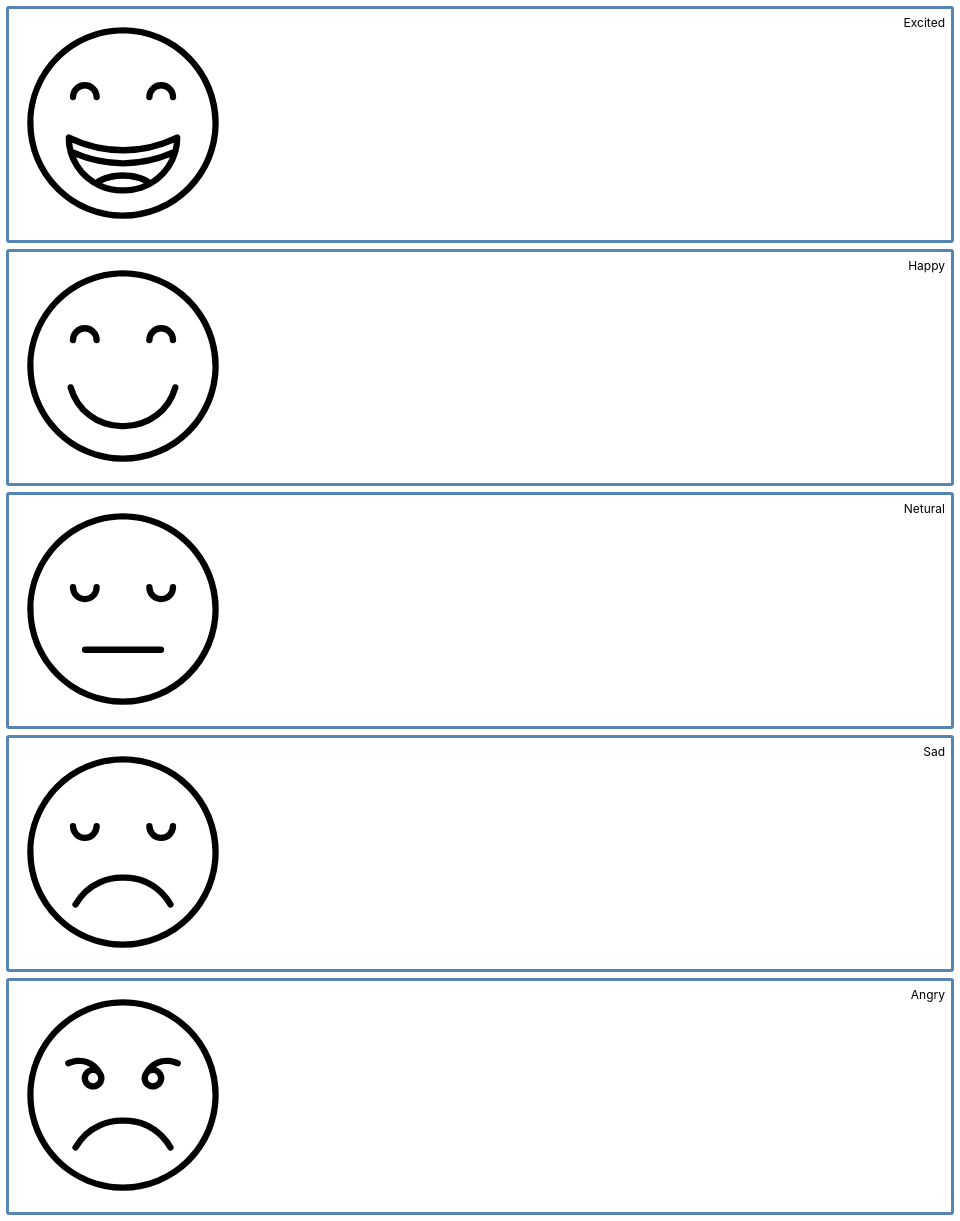
Repository: majakesin/moodify-app
Page: /
These files come from the project's save history. The page is drawn as it stood at one moment and after the next save; the edit follows.
The browser window is 1280 px wide. The pictures show the whole page, at 75% of full size.
The project was rebuilt for these pictures with package versions that can differ from the ones it lists, and the page was loaded fresh each time.

Above is the page before, as saved 2023-08-21 11:45:43.

### public/index.html
<!DOCTYPE html>
<html lang="en">
  <head>
    <meta charset="utf-8" />
    <link rel="icon" href="%PUBLIC_URL%/logo.svg" />
    <meta name="viewport" content="width=device-width, initial-scale=1" />
    <meta name="theme-color" content="#000000" />
    <meta
      name="description"
      content="Moodify -- App that gives yours ears the best music based on your mood"
    />
    <link rel="apple-touch-icon" href="%PUBLIC_URL%/logo.svg" />
    <!--
      manifest.json provides metadata used when your web app is installed on a
      user's mobile device or desktop. See https://developers.google.com/web/fundamentals/web-app-manifest/
    -->
    <link rel="manifest" href="%PUBLIC_URL%/manifest.json" />
    <!--
      Notice the use of %PUBLIC_URL% in the tags above.
      It will be replaced with the URL of the `public` folder during the build.
      Only files inside the `public` folder can be referenced from the HTML.

      Unlike "/favicon.ico" or "favicon.ico", "%PUBLIC_URL%/favicon.ico" will
      work correctly both with client-side routing and a non-root public URL.
      Learn how to configure a non-root public URL by running `npm run build`.
    -->
    <title>Moodify</title>
  </head>
  <body>
    <noscript>You need to enable JavaScript to run this app.</noscript>
    <div id="root"></div>
    <!--
      This HTML file is a template.
      If you open it directly in the browser, you will see an empty page.

      You can add webfonts, meta tags, or analytics to this file.
      The build step will place the bundled scripts into the <body> tag.

      To begin the development, run `npm start` or `yarn start`.
      To create a production bundle, use `npm run build` or `yarn build`.
    -->
  </body>
</html>

### src/App.js
import './App.css';
import {moods}  from 'src/data/moods'
import Mood from './components/Mood';

function App() {
  return (
    <div className="App">
      {moods.map(({type,icon}) => {
        return (<Mood type={type} icon={icon} />)
      })}
    </div>
  );
}

export default App;

### src/data/moods.js
export const moods = [
    {
        type: 'Excited',
        icon: <svg id="SvgjsSvg1081" width="288" height="288" xmlns="http://www.w3.org/2000/svg" version="1.1" xmlnsXlink="http://www.w3.org/1999/xlink" xmlnsSvgjs="http://svgjs.com/svgjs">
                <defs id="SvgjsDefs1082"></defs>
                <g id="SvgjsG1083">
                    <svg xmlns="http://www.w3.org/2000/svg" data-name="Layer 1" viewBox="0 0 512 512" width="288" height="288">
                        <path fill="currentcolor" d="M416.51318,95.48682A226.99992,226.99992,0,1,0,95.48682,416.51318,226.99992,226.99992,0,1,0,416.51318,95.48682ZM256,468C139.103,468,44,372.897,44,256S139.103,44,256,44s212,95.103,212,212S372.897,468,256,468ZM137.5,202a7.50006,7.50006,0,0,0,7.5-7.5,20.5,20.5,0,0,1,41,0,7.5,7.5,0,0,0,15,0,35.5,35.5,0,0,0-71,0A7.50006,7.50006,0,0,0,137.5,202Zm181,0a7.50006,7.50006,0,0,0,7.5-7.5,20.5,20.5,0,0,1,41,0,7.5,7.5,0,0,0,15,0,35.5,35.5,0,0,0-71,0A7.50006,7.50006,0,0,0,318.5,202Zm69.95947,82.13037a7.49875,7.49875,0,0,0-7.27832-.356A284.51645,284.51645,0,0,1,257.5,313h-1.48a284.55042,284.55042,0,0,1-125.2002-29.2251A7.4999,7.4999,0,0,0,120,290.5a132.31839,132.31839,0,0,0,79.15625,121.32324A131.47888,131.47888,0,0,0,252.5,423h7a132.5854,132.5854,0,0,0,127.794-97.37988A133.06894,133.06894,0,0,0,392,290.5,7.5003,7.5003,0,0,0,388.45947,284.13037ZM259.5,408h-7a116.58888,116.58888,0,0,1-46.02222-9.36157C219.72205,391.8783,237.33752,388,256.002,388c18.66236,0,36.27466,3.87708,49.51734,10.63538A116.56076,116.56076,0,0,1,259.5,408Zm83.08691-34.41309a117.56809,117.56809,0,0,1-21.38024,16.93219C305.07166,379.48517,281.17847,373,256.002,373c-25.18383,0-49.0852,6.48932-65.22168,17.52966a116.81051,116.81051,0,0,1-46.07495-53.13611,299.90773,299.90773,0,0,0,111.31323,21.61036c.5044,0,1.01612-.00147,1.52051-.00391A300.023,300.023,0,0,0,367.2478,337.40454,117.86031,117.86031,0,0,1,342.58691,373.58691ZM373.6593,318.347A284.8703,284.8703,0,0,1,257.46094,344c-.49219.00293-.97412.00391-1.46387.00391a284.90227,284.90227,0,0,1-117.65942-25.65967,117.74477,117.74477,0,0,1-2.72388-15.77832A299.64178,299.64178,0,0,0,256.02,328h1.519a299.80874,299.80874,0,0,0,118.84668-25.43555A117.6884,117.6884,0,0,1,373.6593,318.347Z" class="color2c2b2d svgShape"></path>
                    </svg>
                </g>
             </svg>
    },
    {
        type: 'Happy',
        icon: <svg id="SvgjsSvg1102" width="288" height="288" xmlns="http://www.w3.org/2000/svg" version="1.1" xmlnsXlink="http://www.w3.org/1999/xlink" xmlnsSvgjs="http://svgjs.com/svgjs">
                <defs id="SvgjsDefs1103"></defs>
                <g id="SvgjsG1104">
                    <svg xmlns="http://www.w3.org/2000/svg" data-name="Layer 1" viewBox="0 0 512 512" width="288" height="288">
                        <path fill="currentcolor" d="M382.042,299.40674a7.496,7.496,0,0,0-9.21582,5.251A117.42927,117.42927,0,0,1,259.5,391h-7a117.41578,117.41578,0,0,1-113.32715-86.33447,7.49971,7.49971,0,1,0-14.46484,3.96875A132.417,132.417,0,0,0,252.5,406h7a132.58733,132.58733,0,0,0,127.793-97.37744A7.4999,7.4999,0,0,0,382.042,299.40674ZM416.51367,95.48682A227.00026,227.00026,0,0,0,95.48633,416.51318,227.00026,227.00026,0,0,0,416.51367,95.48682ZM256,468C139.10254,468,44,372.897,44,256S139.10254,44,256,44s212,95.103,212,212S372.89746,468,256,468ZM137.5,202a7.49974,7.49974,0,0,0,7.5-7.5,20.5,20.5,0,0,1,41,0,7.5,7.5,0,0,0,15,0,35.5,35.5,0,0,0-71,0A7.49974,7.49974,0,0,0,137.5,202Zm181,0a7.49974,7.49974,0,0,0,7.5-7.5,20.5,20.5,0,0,1,41,0,7.5,7.5,0,0,0,15,0,35.5,35.5,0,0,0-71,0A7.49974,7.49974,0,0,0,318.5,202Z" class="color2c2b2d svgShape"></path>
                    </svg>
                </g>
            </svg> ,
    },
    {
        type: 'Netural',
        icon: <svg id="SvgjsSvg1123" width="288" height="288" xmlns="http://www.w3.org/2000/svg" version="1.1" xmlnsXlink="http://www.w3.org/1999/xlink" xmlnsSvgjs="http://svgjs.com/svgjs">
                <defs id="SvgjsDefs1124"></defs>
                <g id="SvgjsG1125">
                    <svg xmlns="http://www.w3.org/2000/svg" data-name="Layer 1" viewBox="0 0 512 512" width="288" height="288">
                        <path fill="currentcolor" d="M201,204.5a7.5,7.5,0,0,0-15,0,20.5,20.5,0,0,1-41,0,7.5,7.5,0,0,0-15,0,35.5,35.5,0,0,0,71,0ZM374.5,197a7.50006,7.50006,0,0,0-7.5,7.5,20.5,20.5,0,0,1-41,0,7.5,7.5,0,0,0-15,0,35.5,35.5,0,0,0,71,0A7.50006,7.50006,0,0,0,374.5,197ZM416.51318,95.48682A226.99992,226.99992,0,1,0,95.48682,416.51318,226.99992,226.99992,0,1,0,416.51318,95.48682ZM256,468C139.103,468,44,372.897,44,256S139.103,44,256,44s212,95.103,212,212S372.897,468,256,468Zm90-123H166a7.5,7.5,0,0,0,0,15H346a7.5,7.5,0,0,0,0-15Z" class="color2c2b2d svgShape"></path>
                    </svg>
                </g>
            </svg>,
    },
    {
        type: 'Sad',
        icon: <svg id="SvgjsSvg1193" width="288" height="288" xmlns="http://www.w3.org/2000/svg" version="1.1" xmlnsXlink="http://www.w3.org/1999/xlink" xmlnsSvgjs="http://svgjs.com/svgjs">
                <defs id="SvgjsDefs1194"></defs>
                <g id="SvgjsG1195">
                    <svg xmlns="http://www.w3.org/2000/svg" data-name="Layer 1" viewBox="0 0 512 512" width="288" height="288">
                         <path fill="currentcolor" d="M165.5,230A35.54028,35.54028,0,0,0,201,194.5a7.5,7.5,0,0,0-15,0,20.5,20.5,0,0,1-41,0,7.5,7.5,0,0,0-15,0A35.54028,35.54028,0,0,0,165.5,230Zm209-43a7.50006,7.50006,0,0,0-7.5,7.5,20.5,20.5,0,0,1-41,0,7.5,7.5,0,0,0-15,0,35.5,35.5,0,0,0,71,0A7.50006,7.50006,0,0,0,374.5,187ZM353.19336,347.94678A132.16887,132.16887,0,0,0,259.5,309.14014h-7a131.47793,131.47793,0,0,0-53.34082,11.17529,133.55143,133.55143,0,0,0-62.24854,56.51221,7.50013,7.50013,0,0,0,13.07911,7.34472,118.4576,118.4576,0,0,1,55.21435-50.1289A116.57358,116.57358,0,0,1,252.5,324.14014h7a117.16738,117.16738,0,0,1,83.08691,34.41308,117.92616,117.92616,0,0,1,19.42432,25.62061,7.5,7.5,0,0,0,13.07715-7.34766A132.92018,132.92018,0,0,0,353.19336,347.94678Zm63.31982-252.46A226.99992,226.99992,0,1,0,95.48682,416.51318,226.99992,226.99992,0,1,0,416.51318,95.48682ZM256,468C139.103,468,44,372.897,44,256S139.103,44,256,44s212,95.103,212,212S372.897,468,256,468Z" class="color2c2b2d svgShape"></path>
                    </svg>
                </g>
            </svg>,
    },
    {
        type: 'Angry',
        icon: <svg id="SvgjsSvg1217" width="288" height="288" xmlns="http://www.w3.org/2000/svg" version="1.1" xmlnsXlink="http://www.w3.org/1999/xlink" xmlnSvgjs="http://svgjs.com/svgjs">
                <defs id="SvgjsDefs1218"></defs>
                     <g id="SvgjsG1219">
                        <svg xmlns="http://www.w3.org/2000/svg" data-name="Layer 1" viewBox="0 0 512 512" width="288" height="288">
                            <path fill="currentcolor" d="M353.19336,347.94629A132.1737,132.1737,0,0,0,259.5,309.13965h-7a131.5101,131.5101,0,0,0-53.3418,11.17578,133.55212,133.55212,0,0,0-62.24707,56.51172,7.49995,7.49995,0,0,0,13.07813,7.3457A118.46814,118.46814,0,0,1,205.20313,334.043,116.60013,116.60013,0,0,1,252.5,324.13965h7a117.16506,117.16506,0,0,1,83.08691,34.41406,117.92838,117.92838,0,0,1,19.42481,25.62012,7.49957,7.49957,0,1,0,13.07617-7.34766A132.91978,132.91978,0,0,0,353.19336,347.94629ZM416.51367,95.48682A227.00044,227.00044,0,0,0,95.48633,416.51367,227.00044,227.00044,0,0,0,416.51367,95.48682ZM256,468C139.10254,468,44,372.89746,44,256,44,139.103,139.10254,44,256,44s212,95.103,212,212C468,372.89746,372.89746,468,256,468ZM175.12207,188.29736c.96533.53955,1.88086,1.10938,2.769,1.69336a27.02454,27.02454,0,1,0,28.58863,9.52246,62.7776,62.7776,0,0,0-24.04029-24.31005c-27.82519-15.55176-56.1748-2.73292-59.31445-1.21973a7.49994,7.49994,0,1,0,6.50977,13.51367C132.05762,186.33057,153.91113,176.44189,175.12207,188.29736ZM185.12012,204a12,12,0,1,1-12,12A12.01344,12.01344,0,0,1,185.12012,204ZM388.875,173.9834c-3.1416-1.51367-31.49121-14.33447-59.31348,1.21924a62.778,62.778,0,0,0-24.04126,24.31054,26.989,26.989,0,1,0,28.58887-9.52234c.88843-.58435,1.804-1.15429,2.76978-1.694,21.21191-11.85743,43.06347-1.96631,45.48632-.79981A7.49994,7.49994,0,1,0,388.875,173.9834ZM338.87988,216a12,12,0,1,1-12-12A12.01343,12.01343,0,0,1,338.87988,216Z" class="color2c2b2d svgShape"></path>
                        </svg>
                    </g>
            </svg>
    }
]

### src/components/Mood/index.jsx
import styles from './index.module.css';

const Mood = (props) => {

    const {type, icon} = props;

    return (
        <div className={styles.card}>
          <div className={styles.icon}>
            {icon}
          </div>
          <div>
            {type}
        </div>
        </div>
    )
};

export default Mood;

### src/components/Mood/index.module.css

@import '../../styles/variables.css';

.card {
    border: 4px solid var(--first-color);
    border-radius: 4px;
    margin: 8px;
    padding: 8px;
    display: flex;
    justify-content: space-between;
}

.icon {

}

### src/styles/variables.css
:root,
    :root.blue {
        --first-color: #5585b5;
        --second-color: #53a8b6;
        --third-color: #79c2d0;
        --fourth-color: #bbe4e9;
    }
    :root.rainbow {
        --first-color: #cbf078;
        --second-color: #f8f398;
        --third-color: #f1b963;
        --fourth-color: #e46161;
    }
    :root.pink {
        --first-color: #45171d;
        --second-color: #e84a5f;
        --third-color: #ff847c;
        --fourth-color: #fecea8;

    }

Loaded but not shown: src/index.js (common file); src/index.css (common file); src/reportWebVitals.js (common file); src/App.css (common file)

After the next save:
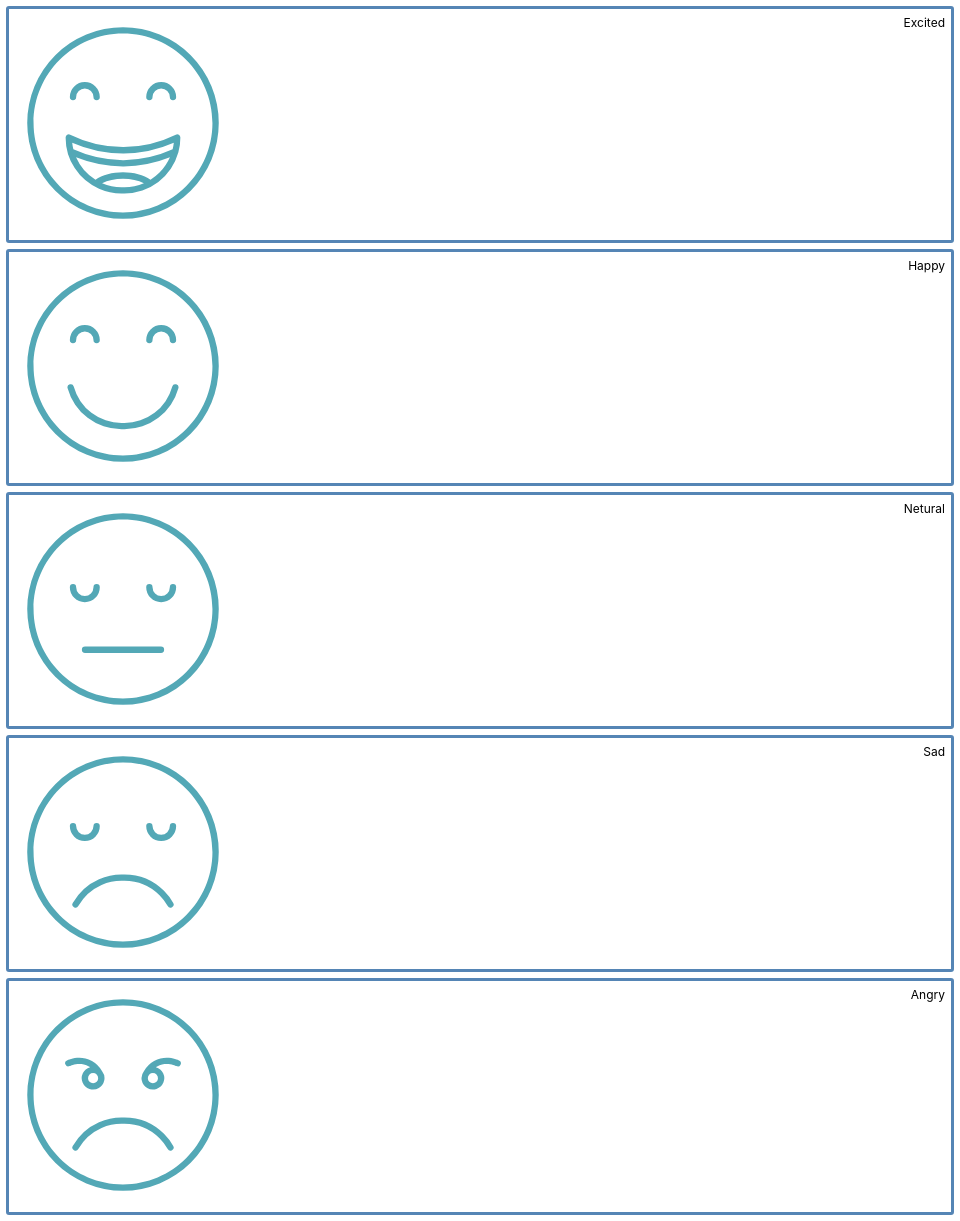
Saved 21 s later.
--- a/src/components/Mood/index.module.css
+++ b/src/components/Mood/index.module.css
@@ -11,5 +11,5 @@
 }
 
 .icon {
-
+    color: var(--second-color);
 }
